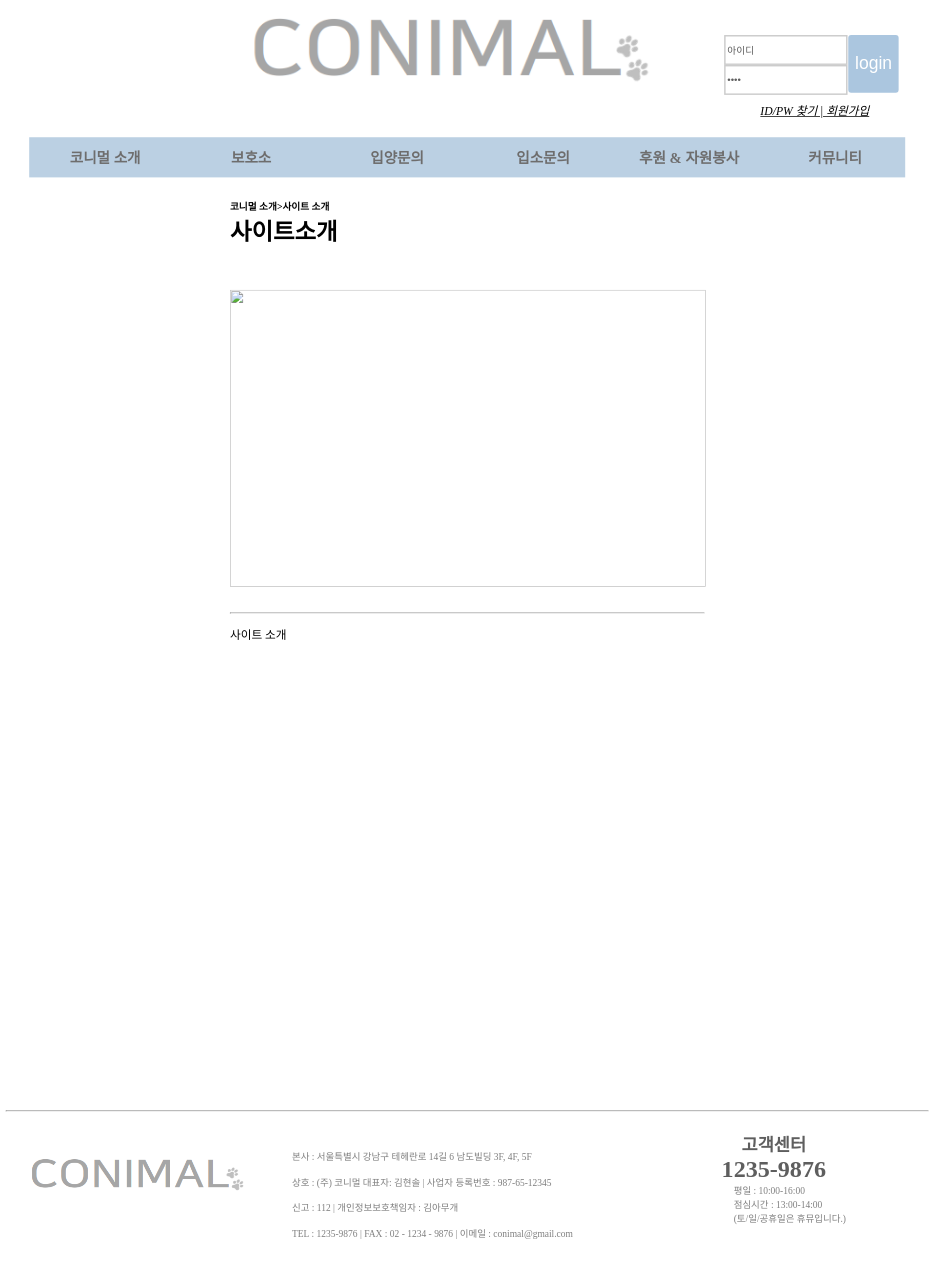
Repository: rlagusthf12/SemiProject
Page: http://localhost/jspProject/views/introduce/introduce.jsp
An editor plug-in stored every save of this project. The page is shown before and after the next save, followed by the edit.
The browser window is 1280 px wide. The pictures show the whole page, at 73% of full size.
The page is served by Tomcat 9. Other server files are loaded and not shown.

Above is the page before, as saved 2021-05-14 09:08:17.

### jspProject/WebContent/views/introduce/introduce.jsp
<%@ page language="java" contentType="text/html; charset=UTF-8"
    pageEncoding="UTF-8"%>
<!DOCTYPE html>
<html>
<head>
<meta charset="UTF-8">
<title>Insert title here</title>
<style>
	.body{
		width: 650px;
        height: 1240px;
        margin: 0 auto;
        margin-top:30px;
	}
  .introduceimg{
  	  width: 652px;
	  height:407px;

	  }
  h1,h5{
      margin: 0;
  }
  .sitemap{
  	width:100%;
  	height:10%;

  }
  .introimg{
  	width:100%;
  	height:35%;
  }
  .intro{
  width:100%;
  height:30%;
  }
  .modiftbutton{
  }
</style>
</head>
<body>
  <%@ include file="../common/menubar.jsp" %>
  <div class="body">

  <div class="sitemap">
  <h5>코니멀 소개>사이트 소개</h5>
  <h1>사이트소개</h1>

  </div>
	<div class="introimg">
  <img src="" class="introduceimg" align="center">

  </div>
  <div class="intro">
  <hr>
  <p>
  	사이트 소개
  </p>
  </div>
  <div class="modifybutton">
  </div>


  </div>
   <%@ include file="../common/footerbar.jsp" %>

</body>
</html>

### jspProject/WebContent/views/common/menubar.jsp
<%@ page language="java" contentType="text/html; charset=UTF-8"
    pageEncoding="UTF-8"%>
<!DOCTYPE html>
<html>
<head>
<meta charset="UTF-8">
<title>Insert title here</title>

<style>
    .on{
         width: 1200px;
         height: 180px;
         margin: 0 auto;
         }
    .mainLogo{

        margin-left: 302px;

    }

    .login {
        float:right;
        margin-top:40px;
     }
   #loginform>*{

    float:left;
    }
    .id_pwd{width: 65%; height: 70px; } .loginbtn{width: 35%;}

    .pwd,.id{
        color: rgb(94, 94, 94);
        border-style: solid;
        border-color: rgb(204, 204, 204);
        width:100%;
        height:50%;
    }
    .loginbtn>input{
        font-size: 24px;
        width: 80%;
        height: 100%;
        color: rgb(255, 255, 255);
        line-height: 3.2em;
        background-color: rgb(171, 198, 223);
        text-align: center;
        border-radius: 4px;
        border:0px;
    }

    .find{
    text-decoration-line: underline;
    font-style: italic;
    font-size: 16px;
    line-height: 3.2em;
    }

    .navi{
            width: 1200px; height: 55px;
            background-color: rgb(187, 208, 227);
            margin: 0 auto;
     }
     #navi1{
            list-style-type:none;
            margin:0;
            padding:0;
            height:100%;
            text-decoration:none;

        }

        #navi1>li{
            margin-left: 8px;
            float:left;
            width:16%;
            height:100%;
            text-align:center;
        }
        #navi1 a{
            line-height: 2.8em;
            font-size: 20px;
            color: rgb(110, 109, 109);
            font-family: HanSans;
            width: 16.6%;
            font-weight: bold;
            cursor:pointer;
            height:100%;
            width:100%;
            display:block;
            text-decoration:none;
            z-index: 6;
        }
        #navi1 a:hover{color: white;}
        #navi1>li>ul{
            list-style-type:none;
            display:none;
            margin-top:0px;
            padding:10px;
            background-color: rgb(184, 183, 183);
            font-family: HanSans;
            line-height: 2.8em;
            font-size: 20px;
            position: relative;
            z-index: 6;
        }
        #navi1>li>ul a{font-size:15px;}
        #navi1>li>a:hover+ul{display:block;}
        #navi1>li>ul:hover{display:block;}
     </style>
</head>

<body>

            <div class="on">

                    <image src="resources/images/mainLogo.png" width="558px" height="120px" class="mainLogo">

                        <div class="login" align="center">

                            <form action="" id="loginform">

                                <div class="id_pwd">
                                    <input type="text" class="id" value="아이디"><br>
                                    <input type="password" class="pwd" value="비밀번호" >
                                </div>

                                <div class="loginbtn">
                                    <input type="submit" value="login">
                                </div>
                            </form>
                            <span class="find">ID/PW 찾기 | 회원가입</span>
                        </div>

            </div>
            <div class="navi">
                    <ul id="navi1" >
                        <li><a href="">코니멀 소개</a></li>
                        <li><a href="">보호소</a></li>
                        <li><a href="">입양문의</a>
                            <ul>
                                <li><a href="">보호중인 동물</a></li>
                                <li><a href="">입양 절차</a></li>
                                <li><a href="">입양 신청</a></li>
                                <li><a href="">입양 후기</a></li>
                            </ul>
                        </li>
                        <li><a href="">입소문의</a>
                            <ul>
                                <li><a href="">입소 절차</a></li>
                                <li><a href="">입소 신청</a></li>
                            </ul>
                        </li>
                        <li><a href="">후원 &amp; 자원봉사</a>
                        <ul>
                            <li><a href="">자원봉사</a></li>
                            <li><a href="">후원</a></li>
                        </ul>
                      </li>
                        <li><a href="">커뮤니티</a>
                        <ul>
                            <li><a href="">자유 게시판</a></li>
                            <li><a href="">공지사항</a></li>
                            <li><a href="">고객센터</a></li>
                        </ul>
                    </li>
                    </ul>
            </div>


</body>
</html>

### jspProject/WebContent/views/common/footerbar.jsp
<%@ page language="java" contentType="text/html; charset=UTF-8"
    pageEncoding="UTF-8"%>
<!DOCTYPE html>
<html>
<head>
<meta charset="UTF-8">
<title>Insert title here</title>
<style>


 .footerbar{

         width: 1200px;
         height: 180px;
         margin: 0 auto;
     }
     .call{
         width:30%;
         height: 100%;
         float:left;
         margin-left: 60px;
     }

     .minLogo{

         padding-top: 30px;
         height: 100%;
         float:left;
     }
     .ex{
        width:40%;
        float:left;
        height:100%;
        padding-top: 25px;
    }
     .ect{

        font-size: 13px;
        color: rgb(127, 127, 127);
        text-align: left;
        width:450px;
        padding-left: 60px;

     }
     .ect2{
        font-weight: bold; font-size: 24px; text-align: center; color: rgb(94, 94, 94);
     }
     .ect3{
        font-weight: bold; font-size: 33px; text-align: center; color: rgb(94, 94, 94);
     }
     #al{
        width: 250px;
        padding-left: 125px;
     }


</style>
</head>
<body>
            <hr>
            <br>
            <div class="footerbar">
            <div class="minLogo">
                <div>
                 <image src="resources/images/mainLogo.png" width="300" height="60"></image>
                </div>
            </div>
            <div class="ex">
             <div class="ect">
                    본사 : 서울특별시 강남구 테헤란로 14길 6 남도빌딩 3F, 4F, 5F<br><br>

                    상호 : (주) 코니멀 대표자: 김현솔 | 사업자 등록번호 : 987-65-12345 <br><br>

                    신고 : 112 | 개인정보보호책임자 : 김아무개<br><br>

                    TEL : 1235-9876 | FAX : 02 - 1234 - 9876 | 이메일  :  conimal@gmail.com
              </div>
            </div>


            <div class="call">
                <div class="ect2" >
                    고객센터
                    <div class="ect3">
                    1235-9876

                    </div>
                </div>

                <div class="ect" id="al">
                    평일 : 10:00-16:00<br>
                    점심시간 : 13:00-14:00<br>
                    (토/일/공휴일은 휴뮤입니다.)
                </div>

            </div>
            </div>


</body>
</html>

After the next save:
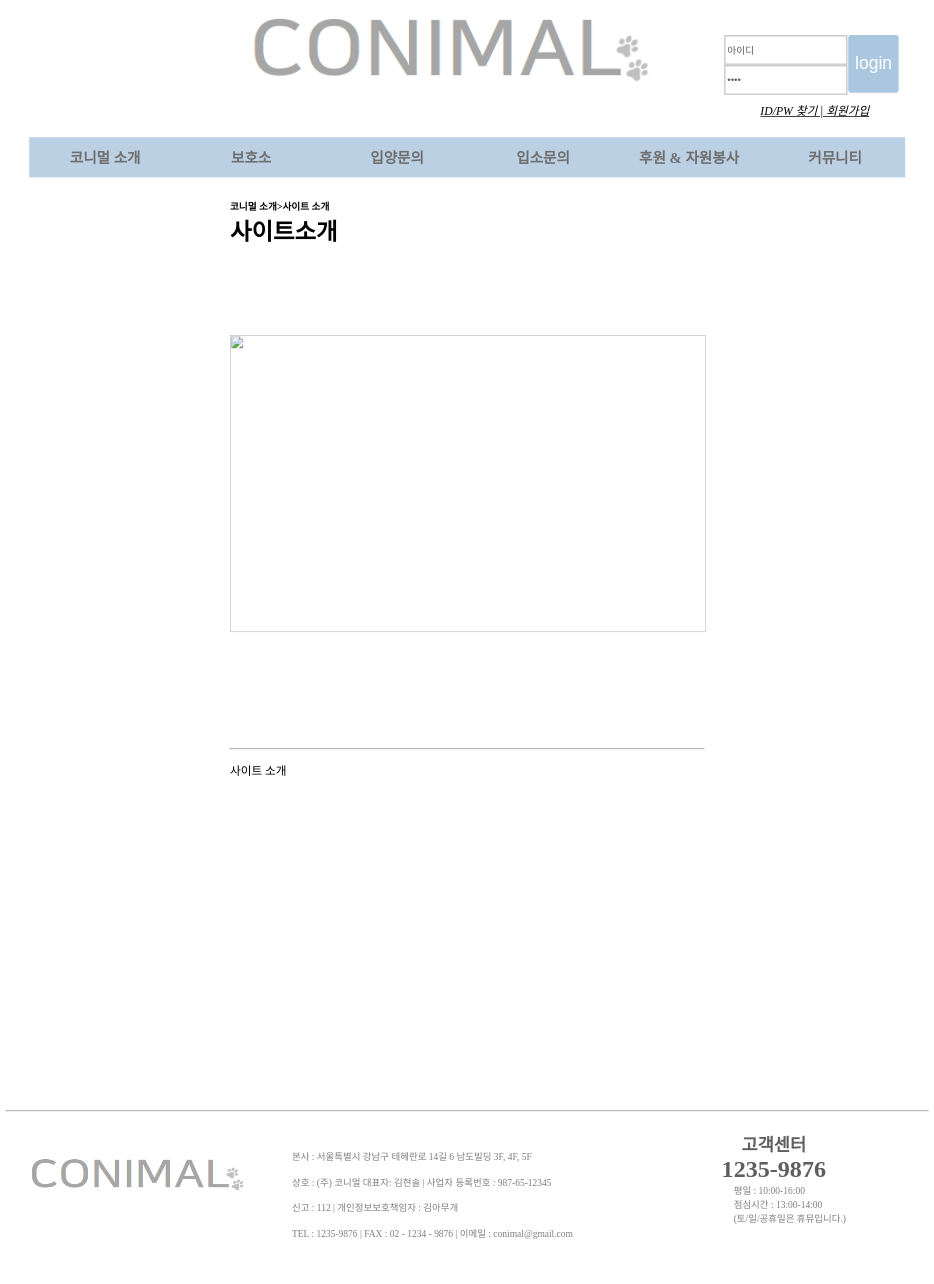
Saved 83 s later.
--- a/jspProject/WebContent/views/introduce/introduce.jsp
+++ b/jspProject/WebContent/views/introduce/introduce.jsp
@@ -22,18 +22,20 @@
   }
   .sitemap{
   	width:100%;
-  	height:10%;
+  	height:15%;
 
   }
   .introimg{
   	width:100%;
-  	height:35%;
+  	height:45%;
   }
   .intro{
   width:100%;
   height:30%;
   }
   .modiftbutton{
+  width:100%;
+  height:10%;
   }
 </style>
 </head>
